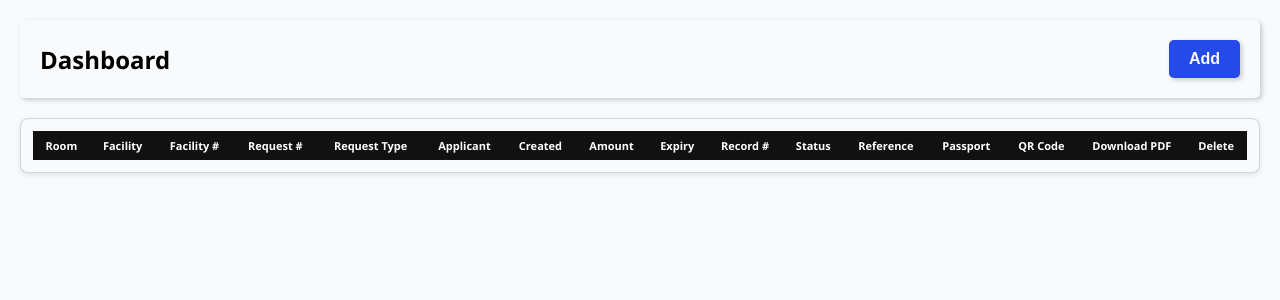
Repository: irfan-shah-sherani/Travel-Tour
Page: public/index.html
These files come from the project's save history. The page is drawn as it stood at one moment and after the next save; the edit follows.
The browser window is 1280 px wide. The pictures show the whole page.
The page's requests for data from a server got no answer.

Above is the page before, as saved 2025-07-11 04:47:10.

### public/index.html
<!DOCTYPE html>
<html lang="en">

<head>
  <meta charset="UTF-8" />
  <meta name="viewport" content="width=device-width, initial-scale=1.0" />
  <title>Dashboard</title>
  <link rel="stylesheet" href="index.css" />
  <!-- <link
      rel="stylesheet"
      href="/public/Dashboard.css"
      integrity="sha512-..."
      crossorigin="anonymous"
      referrerpolicy="no-referrer"
    /> -->
</head>

<body>
  <main>
    <!-- main content -->
    <div class="main-content">
      <!-- TOP-nav -->
      <nav class="main-nav">
        <div class="page-name">
          <i class="fas fa-bars"></i>
          <p>Dashboard</p>
        </div>
        <div class="button">
          <button id="addPersonBtn">Add</button>
        </div>
      </nav>

      <!-- main content  end -->
      <div class="table-container">
        <table>
          <tr>
            <th>Room</th>
          <th>Facility</th>
          <th>Facility #</th>
          <th>Request #</th>
          <th>Request Type</th>
          <th>Applicant</th>
          <th>Created</th>
          <th>Amount</th>
          <th>Expiry</th>
          <th>Record #</th>
          <th>Status</th>
          <th>Reference</th>
          <th>Passport</th>
          <th>QR Code</th>
          <th>Download PDF</th>
          <th>Delete</th>
          </tr>
          <tbody id="person-table-body">
            <!-- JS will populate this -->
          </tbody>
        </table>

        <!-- ✅ Place script here -->
        <script>
  fetch("/api/")
    .then((res) => res.json())
    .then((data) => {
      const tbody = document.getElementById("person-table-body");
      tbody.innerHTML = "";
      data.forEach((record) => {
        const tr = document.createElement("tr");
        tr.innerHTML = `
          <td>${record.record_id}</td>
          <td>${record.room_name}</td>
          <td>${record.facility_name}</td>
          <td>${record.facility_number}</td>
          <td>${record.request_number}</td>
          <td>${record.request_type}</td>
          <td>${record.applicant_name}</td>
          <td>${record.creation_date}</td>
          <td>${record.request_amount}</td>
          <td>${record.expiry_date}</td>
          <td>${record.record_number}</td>
          <td>${record.request_status}</td>
          <td>${record.reference_number}</td>
          <td>${record.passport_number}</td>
          <td>${record.qrcode_url ? `<img src="${record.qrcode_url}" class="qr-img" alt="QR Code">` : "No QR"}</td>
          <td>
            <a href="/api/download-pdf?token=${record.qr_token}">
              <button type="button">Download PDF</button>
            </a>
          </td>
          <td>
            <form action="/delete/${record.qr_token}" method="POST" onsubmit="return confirm('Are you sure you want to delete this record?');">
              <button type="submit">Delete</button>
            </form>
          </td>
        `;

                tbody.appendChild(tr);
              });
            });
        </script>
        </table>
      </div>

      <!-- Trigger Button OUTSIDE -->
      <!-- Add Room Form (initially hidden in CSS or JS) -->
      <div class="add-new add-new-person">
        <h2 class="form-title">Add New Person</h2>
        <form class="person-form" action="/" method="POST">
          <div class="inputForm">
            <!-- Left Side -->
            <div class="left-side">
              <div class="form-group">
                <label for="room_number">Room No </label>
                <input type="text" id="room_number" name="room_number" required />
              </div>

              <div class="form-group">
                <label for="facility_name">Facility Name </label>
                <input type="text" id="facility_name" name="facility_name" required />
              </div>

              <div class="form-group">
                <label for="facility_number">Facility number </label>
                <input type="text" id="facility_number" name="facility_number" required />
              </div>

              <div class="form-group">
                <label for="request_number">Request number </label>
                <input type="number" id="request_number" name="request_number" step="0.01" required />
              </div>

              <div class="form-group">
                <label for="request_type">Request Type</label>
                <input type="text" id="request_type" name="request_type" required />
              </div>
            </div>

            <!-- Center Side -->
            <div class="center-side">
              <div class="form-group">
                <label for="applicant">Applicant</label>
                <input type="text" id="applicant" name="applicant" />
              </div>

              <div class="form-group">
                <label for="created">Created</label>
                <input type="text" id="created" name="created" />
              </div>

              <div class="form-group">
                <label for="amount">Amount</label>
                <input type="text" id="amount" name="amount" />
              </div>

              <div class="form-group">
                <label for="expiry">Expiry</label>
                <input type="text" id="expiry" name="expiry" />
              </div>

              <div class="form-group">
                <label for="record_number">Record number</label>
                <input type="text" id="record_number" name="record_number" />
              </div>
            </div>

            <!-- Right Side -->
            <div class="right-side">
              <div class="form-group">
                <label for="status">Status</label>
                <input type="text" id="status" name="status" />
              </div>

              <div class="form-group">
                <label for="reference_number">Reference number</label>
                <input type="text" id="reference_number" name="reference_number" />
              </div>

              <div class="form-group">
                <label for="passport_number">Passport number</label>
                <input type="text" id="passport_number" name="passport_number" />
              </div>

            </div>
          </div>

          <div class="button-group">
            <button type="button" class="cancelbtn">Cancel</button>
            <button type="submit" class="submit-person-btn">Add Person</button>
          </div>
        </form>
      </div>

    </div>
  </main>
  <script src="index.js"></script>
</body>

</html>

### public/index.css
* {
  margin: 0;
  padding: 0;
  box-sizing: border-box;
}
:root {
  --primary-gradient: linear-gradient(135deg, #667eea 0%, #764ba2 100%);
  --card-shadow: 0 4px 6px rgba(0, 0, 0, 0.1);
  --card-hover-shadow: 0 8px 15px rgba(0, 0, 0, 0.2);
}
body {
  font-family: "Segoe UI", Tahoma, Geneva, Verdana, sans-serif;
  background-color: #f8fafc;
}
main {
  display: flex;
  /* display: flex; */
}
/* .sidebar {
  position: fixed;
  display: flex;
  align-items: center;
  flex-direction: column;
  width: 250px;
  height: 100vh;
  padding: 20px;
  background: var(--primary-gradient);
  border-radius: 10px 0px 0px 10px;
  color: #f8fafc;
}
.cross-icon {
  display: none;
  justify-content: right;
  color: #f8fafc;
  font-size: 2rem;
  cursor: pointer;
}
.logo {
  display: flex;
  align-items: center;
  gap: 10px;
  margin-bottom: 10px;
  border-bottom: 1px solid rgba(255, 255, 255, 1);
  padding-bottom: 20px;
}
.logo p {
  font-size: 24px;
  font-weight: 600;
}
.sidebar img {
  display: block;
  width: 50px;
  height: 50px;
  object-fit: cover;
  object-position: center;
  border-radius: 5px;
}
.logo hr {
  width: 100px;
  height: 2px;
  color: rgba(255, 255, 255, 0.1);
}
.links ul li {
  list-style: none;
  margin: 5px;
}
.links ul li a {
  display: flex;
  padding-left: 20px;
  align-items: center;
  width: 200px;
  height: 50px;
  text-decoration: none;
  gap: 10px;
  border-radius: 10px;
  transition: all 0.3s ease;
  color: rgba(255, 255, 255, 0.85);
}
.links ul li a:hover {
  background-color: rgba(255, 255, 255, 0.1);
  transform: translateX(5px);
}
.links ul li a.active {
  background-color: rgba(255, 255, 255, 0.1);
  transform: translateX(5px);
} */
/* main content */
.main-content {
  display: flex;
  /* margin-left: 250px; */
  flex-direction: column;
  background-color: #f8fafc;
  width: 100%;
  padding: 20px;
  gap: 20px;
}
.main-content nav {
  display: flex;
  justify-content: space-between;
  align-items: center;
  border-radius: 5px;
  width: 100%;
  background-color: #f8fafc;
  padding: 20px;
  box-shadow: 2px 2px 5px rgba(0, 0, 0, 0.2);
}
.page-name {
  display: flex;
  align-items: center;
  gap: 10px;
}
.page-name p {
  font-size: 24px;
  font-weight: 600;
}
.page-name i {
  display: none;
  cursor: pointer;
  font-size: 24px;
  font-weight: 600;
}
.button {
  display: flex;
  align-items: center;
  gap: 10px;
}
.button button {
  padding: 10px 20px;
  border-radius: 5px;
  border: none;
  background-color: #264ae9;
  color: #f8fafc;
  font-size: 16px;
  font-weight: 600;
  box-shadow: 2px 2px 5px rgba(0, 0, 0, 0.2);
  cursor: pointer;
  transition: all 0.05s ease-in-out;
}
.button button:hover {
  transform: translateY(2px);
}

/* table */
/* General Table Styling */
.table-container {
  width: 100%;
  overflow-x: auto;
  background-color: #f8fafc;
  border-radius: 8px;
  border: 1px solid rgba(0, 0, 0, 0.15);
  box-shadow: 0 2px 5px rgba(0, 0, 0, 0.1);
  padding: 12px;
  box-sizing: border-box;
}

/* Table Reset */
table {
  width: 100%;
  border-collapse: collapse;
  font-size: 11px;
  table-layout: auto;
}

/* Table Header */
.table-container table th {
  background-color: #111;
  color: #fff;
  font-weight: 600;
  font-size: 11px;
  padding: 8px;
  text-align: center;
  vertical-align: middle;
  white-space: normal;
  line-height: 1.2;
  word-break: break-word;
}

/* Force words like "Request Number" to wrap into 2 lines */
.table-container table th {
  max-width: 90px;
}

/* Table Body */
.table-container table td {
  white-space: nowrap;
  text-align: center;
  vertical-align: middle;
  padding: 8px 6px;
}

/* Row Hover Effect */
.table-container table tr:hover {
  background-color: #e2e8f0;
  transition: background-color 0.2s;
}

/* Button Styling */
.btn {
  padding: 4px 8px;
  font-size: 10px;
  border-radius: 4px;
  border: none;
  cursor: pointer;
  transition: 0.2s;
}

/* Delete Button */
.delete-form {
  border: 1px solid #ef4444;
  color: #ef4444;
  background: transparent;
}
.delete-form:hover {
  background-color: #fee2e2;
}

/* Download Button (optional styling) */
.download-btn {
  background-color: #2563eb;
  color: white;
  border: none;
}
.download-btn:hover {
  background-color: #1d4ed8;
}

.add-new {
  display: none;
  width: 80%;
  max-height: 90vh; /* limit height */
  overflow-y: auto;  /* enable scroll if content too tall */
  position: absolute;
  top: 50%;
  left: 50%;
  transform: translate(-50%, -50%);
  background-color: white;
  padding: 20px;
  border-radius: 8px;
  box-shadow: 0 0 10px rgba(0, 0, 0, 0.5);
  font-family: Arial, sans-serif;
  z-index: 10;
}

.form-title {
  font-size: 24px;
  font-weight: 600;
  margin-bottom: 10px;
}

/* Reduce spacing */
.person-form {
  display: flex;
  flex-direction: column;
  gap: 10px;
}

.inputForm {
  display: flex;
  justify-content: space-between;
  gap: 20px;
}

/* Equal columns */
.left-side,
.center-side,
.right-side {
  flex: 1;
}
label {
  font-size: 14px;
  font-weight: 500;
  margin-bottom: 5px;
}
/* Compact input spacing */
.form-group {
  display: flex;
  flex-direction: column;
  margin-bottom: 10px;
}

input,
textarea,
select {
  padding: 5px;
  font-size: 16px;
}

/* Buttons */
.button-group {
  display: flex;
  justify-content: flex-end;
  gap: 10px;
  margin-top: 0px;
}

button {
  padding: 8px;
  font-size: 13px;
  border: none;
  border-radius: 5px;
  cursor: pointer;
}

.cancel-person-btn {
  background-color: #6c757d;
  color: white;
}

.submit-person-btn {
  background-color: #007bff;
  color: white;
}

/* Responsive */
@media (max-width: 768px) {
  .inputForm {
    flex-direction: column;
  }

  .left-side,
  .center-side,
  .right-side {
    width: 100%;
  }
}
.qr-img {
  width: 30px;
  height: 30px;
  object-fit: contain;
  display: block;
}

### public/index.js
const addPersonBtn = document.getElementById("addPersonBtn");
const addNewPerson = document.querySelector(".add-new");
const cancelPersonBtn = document.querySelector(".cancelbtn");
const submitPersonBtn = document.querySelector(".submit-person-btn");

addPersonBtn?.addEventListener("click", () => {
  addNewPerson.style.display = "block";
});

cancelPersonBtn?.addEventListener("click", () => {
  addNewPerson.style.display = "none";
});

submitPersonBtn?.addEventListener("click", () => {
  addNewPerson.style.display = "none";
});

After the next save:
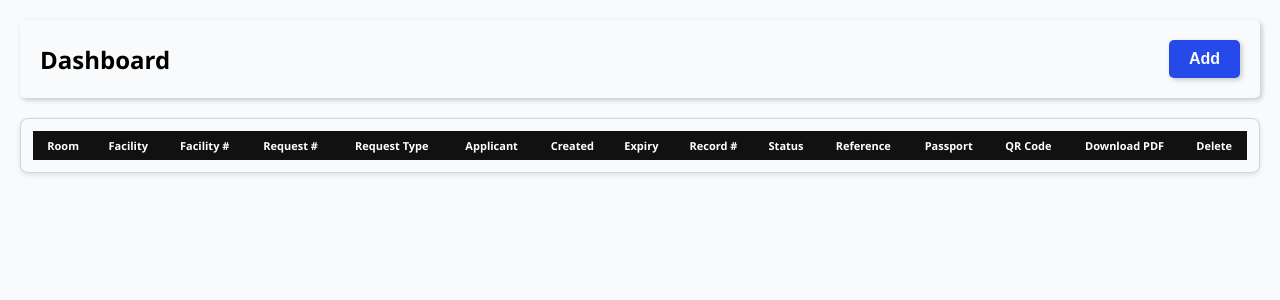
Saved 3 min 32 s later.
--- a/public/index.html
+++ b/public/index.html
@@ -41,7 +41,6 @@
           <th>Request Type</th>
           <th>Applicant</th>
           <th>Created</th>
-          <th>Amount</th>
           <th>Expiry</th>
           <th>Record #</th>
           <th>Status</th>
